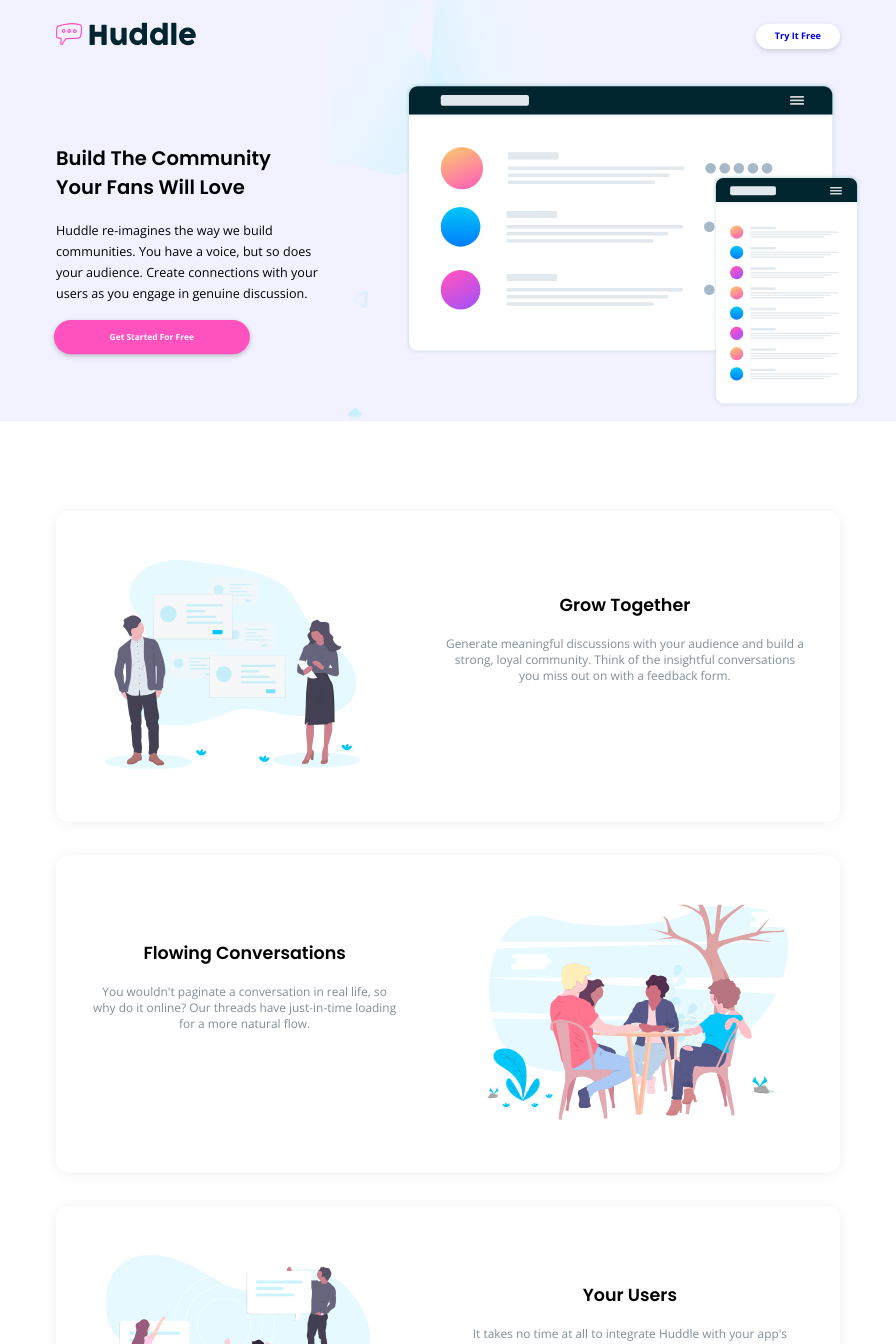
Repository: DejV44/Huddle-landing-page
Page: index.html
The author's editor kept a copy of each file at every save. The page is drawn from the files as they stood at one save, then again after the next save.
The browser window is 1280 px wide. The pictures show the part of the page from y = 0 to 1920 px (the page is 3246 px tall before and 3210 px after), at 70% of full size.
The style sheet was rebuilt from its Sass, Less or Tailwind sources for each picture, by a compiler version that may differ from the author's.

Above is the page before, as saved 2021-08-22 14:01:40.

### index.html
<!DOCTYPE html>
<html lang="en">
<head>
  <meta charset="UTF-8">
  <meta name="viewport" content="width=device-width, initial-scale=1.0"> <!-- displays site properly based on user's device -->
  <link rel="stylesheet" href="/css/style.css">
  <link rel="stylesheet" href="/fontawesome-free-5.15.3-web/css/all.css">
  <link rel="icon" type="image/png" sizes="32x32" href="./images/favicon-32x32.png">

  <title>Frontend Mentor | Huddle landing page with alternating feature blocks</title>

</head>
<body>
  <header>
    <div class="nav">
      <div class="logo">
        <img src="/images/logo.svg" alt="logo">
      </div>
      <a href="#">Try It Free</a>
    </div>
    <content class="main">
      <article class="building">
        <h1>Build The Community Your Fans Will Love</h1>
        <h3> Huddle re-imagines the way we build communities. You have a voice, but so does your audience.
        Create connections with your users as you engage in genuine discussion.</h3>
        <a class="main-btn" href="#">Get Started For Free</a>
      </article>
      <div class="img-main">
        <img class="img" src="/images/illustration-mockups.svg" alt="">
      </div>
    </content>

  </header>
  <section class="cards">
    <div class="card-one">
      <div class="img-cards">
        <img src="/images/illustration-grow-together.svg" alt="">
      </div>
      <content class="card">
        <h2>Grow Together</h2>
        <p>Generate meaningful discussions with your audience and build a strong, loyal community.
        Think of the insightful conversations you miss out on with a feedback form.</p>
      </content>
    </div>
    <div class="card-two">
      <div class="img-cards">
        <img src="/images/illustration-flowing-conversation.svg" alt="">
      </div>
      <content class="card">
        <h2>Flowing Conversations</h2>
        <p>You wouldn't paginate a conversation in real life, so why do it online? Our threads
        have just-in-time loading for a more natural flow.</p>
      </content>
    </div>
    <div class="card-three">
      <div class="img-cards">
        <img src="/images/illustration-your-users.svg" alt="">
      </div>
      <content class="card">
        <h2>Your Users</h2>
        <p>It takes no time at all to integrate Huddle with your app's authentication solution.
        This means, once signed in to your app, your users can start chatting immediately.</p>
      </content>
    </div>
    <container class="ready">
      <h2>Ready To Build Your Community?</h2>
      <a href="#">Get Started For Free</a>
    </container>
  </section>
  <footer>
    <container class="footer">
      <div class="section1">
        <img src="/images/logoWhite.svg" alt="logo">
        <div class="info">
          <img src="/images/icon-location.svg" alt="location">
          <p>Lorem ipsum dolor sit amet, consectetur adipiscing elit, sed do eiusmod tempor
          incididunt ut labore et dolore magna aliqua</p>
        </div>
        <div class="phone">
          <img src="/images/icon-phone.svg" alt="phone">
          <a href="tel:+1-543-123-4567">+1-543-123-4567</a>
        </div>
        <div class="mail">
          <img src="/images/icon-email.svg" alt="email">
          <a href="example@huddle.com">example@huddle.com</a>
        </div>
      </div>
      <div class="section2">
        <ul>
          <li><a href="#">About Us</a></li>
          <li><a href="#">What We Do</a></li>
          <li><a href="#">FAQ</a></li>
        </ul>
      </div>
      <div class="section3">
        <ul>
          <li><a href="#">Career</a></li>
          <li><a href="#">Blog</a></li>
          <li><a href="#">Contact Us</a></li>
        </ul>
      </div>
      <div class="copyright">
        <div class="social">
          <span><i class="fab fa-facebook-f"></i></span>
          <span><i class="fab fa-twitter"></i></span>
          <span><i class="fab fa-instagram"></i></span>
        </div>
        <p>&copy; Copyright 2018 Huddle. All rights reserved.</p>
      </div>
    </container>
  </footer>
  <footer>
    <p class="attribution">
      Challenge by <a href="https://www.frontendmentor.io?ref=challenge" target="_blank">Frontend Mentor</a>.
      Coded by <a href="#">davegraphics</a>.
    </p>
  </footer>
</body>
</html>

### css/style.scss
* {
    margin: 0;
    padding: 0;
    //font-family: 'Poppins', sans-serif;
    -webkit-font-smoothing: antialiased;
}

body {
    font-family: 'Open Sans', sans-serif;
}

// ---FONTS---
@import url('https://fonts.googleapis.com/css2?family=Open+Sans:wght@400;700&display=swap');
@import url('https://fonts.googleapis.com/css2?family=Poppins:wght@600&display=swap');

@import "variables";
@import "mixin";

@import "cards";
@import "header";
@import "footer";

### css/_variables.scss
$Pink: hsl(322, 100%, 66%);
$PinkHover: hsl(322, 97%, 72%);
$VeryPaleCyan: hsl(193, 100%, 96%);
$VeryDarkCyan: hsl(192, 100%, 9%);
$GrayishBlue: hsl(208, 11%, 55%);

### css/_mixin.scss
@mixin cards {
    display: flex;
    flex-direction: column;
    margin: 3rem auto 1rem auto;
    text-align: center;
    box-shadow: rgba(0, 0, 0, 0.068) 0px 2px 18px;
    border-radius: 18px;
    align-items: center;
    @media (min-width: 768px) {
        flex-direction: row;

    }


    .card {

        display: block;
        margin: auto 3rem;
        h2 {
            padding-bottom: 1.5rem;
            font-size: 25px;
            font-family: 'Poppins', sans-serif
        }
        p {
            display: block;
            font-size: 17px;
            color: $GrayishBlue;
            padding-bottom: 3rem;
            margin-bottom: 2rem;

        }
    }
    .img-cards {
        display: block;
        padding: 30px 50px;
        margin: auto;

            img {
                width: 90%;
                margin: 40px auto;
            }
    }
}

### css/_cards.scss
.cards {
    padding: 1rem;
    margin: 0 auto;
    box-sizing: border-box;


    .card-one, .card-two, .card-three {
        @include cards;
    }

    .ready {
        display: block;
        box-sizing: border-box;
        text-align: center;
        transform: translateY(50%);
        background-color: white;
        margin: 0 auto;
        padding: 1rem 1rem;
        box-shadow: rgba(39, 39, 39, 0.24) 0px 3px 8px;
        max-width: 600px;
        text-align: center;
        align-items: center;
        border-radius: 18px;
        h2 {
            font-size: 21px;
            font-family: 'Poppins', sans-serif;
            margin: 1.5rem auto;
        }

        a {
            display: block;
            text-decoration: none;
            font-weight: 600;
            font-size: 12px;
            margin: 1.5rem auto;
            padding: 1rem 0;
            max-width: 250px;
            border-radius: 30px;
            background: $Pink;
            color: white;
            box-shadow: rgba(39, 39, 39, 0.24) 0px 3px 8px;

            &:hover {
                background: $PinkHover;
            }
        }
    }

}

@media (min-width: 768px) {
    .cards {
       padding: 5rem;

       .card-two {
        flex-direction: row-reverse;
    }
    }




}

### css/_header.scss
header {
    background: url(/images/bg-hero-mobile.svg);
    background-color: rgb(241, 241, 255);
    background-size: contain;
    background-position: center;
    background-repeat: no-repeat;
    text-align: center;

    .nav {
        display: flex;
        justify-content: space-between;
        padding: 2rem 1.6rem;
        @media (min-width: 768px) {
            padding: 2rem 5rem;

        }

        img {
            width: 120px;

            @media (min-width: 768px) {
                width: 200px;

            }
        }

        a {
            text-decoration: none;
            font-size: 13px;
            font-weight: 600;
            margin-top: -4px;
            padding: 0.3rem 1.7rem;
            background-color: white;
            border-radius: 25px;
            box-shadow: rgba(99, 99, 99, 0.24) 0px 3px 8px;

            @media (min-width: 768px) {
                margin-top: 2px;
                padding: 0.5rem 1.7rem;
                text-align: center;

            }
            &:hover {
                color: $GrayishBlue;
            }


        }

    }
    .main {

        margin: 0 auto;

        .building {
            margin: 4rem 3rem 2rem 3rem;
            max-width: 400px;


            h1 {
                margin: 0 1rem;
                font-size: 28px;
                font-family: 'Poppins', sans-serif
            }

            h3 {
                font-weight: 400;
                font-size: 18px;
                margin: 1.5rem 0;
                line-height: 30px;
            }

            .main-btn {

                display: block;
                text-decoration: none;
                font-weight: 600;
                font-size: 12px;
                margin: 1.5rem auto;
                padding: 1rem 0;
                max-width: 280px;
                border-radius: 30px;
                background: $Pink;
                color: white;
                box-shadow: rgba(39, 39, 39, 0.24) 0px 3px 8px;
                @media (min-width: 768px) {
                    margin: 1.5rem 0 1.5rem 0.8rem;

                }

                &:hover {
                background: $PinkHover;
                }
            }

        }
        .img-main {
            padding: 15px 50px;



            .img {
                width: 100%;
                margin-bottom: 40px;
                @media (min-width: 768px) {
                    margin-bottom: 0;

                }
            }
        }
    }


}

@media (min-width: 768px) {
    .main {
        display: flex;
        align-items: center;

        .building {
            padding: 1rem;

            h1 {
                text-align: left;
                padding-left: 0;
            }

            h3 {
                text-align: left;
                padding-left: 1rem;
            }


        }

    }
}

### css/_footer.scss
footer {
    background-color: $VeryDarkCyan;
     .section1 {
         padding: 150px 1rem 2rem 1rem;
         color: white;

         img {
             width: 180px;
             padding-bottom: 1.5rem;
         }

         .info, .phone, .mail {
             display: flex;
              img {
                  width: 20px;
                  height: 18px;
                  margin-right: 30px;
                  margin-top: 10px;
              }
              p {
                  cursor: pointer;
                  padding-bottom: 30px;
              }
              a {

                  text-decoration: none;
                  margin-top: 8px;
                  color: white;
              }
         }



    }

    .section2, .section3 {
        box-sizing: border-box;

        ul {
            color: white;
            margin-left: 1rem;
            li {
                list-style: none;
                padding: 10px 0;
                a {
                    text-decoration: none;
                    color: white;
                    &:hover {
                    border-bottom: 1px solid white;
                    }
                }

            }
        }

    }
    .copyright {
        text-align: center;
        .social {
            text-align: center;
            display: block;
            margin: 1rem auto;
            color: white;


            span {
                border: 1px solid white;
                border-radius: 50%;
                width: 40px;
                height: 40px;
                display: inline-flex;
                align-items: center;
                justify-content: center;
                cursor: pointer;
                margin: 5px;
                &:hover {
                    color: $Pink;
                    border: 1px solid $Pink;
                }


            }

            i {
                font-family: 'Font Awesome 5 Brands';
                display: inline-block;
                font-style: normal;
                font-variant: normal;
                text-rendering: auto;
                line-height: 1;
                padding: 12px;
                border-radius: 50%;
            }

        }
        p {
            font-size: 13px;
            color: white;
            padding-bottom: 1rem;
        }
    }
}





.attribution {
    font-size: 11px;
    text-align: center;
    padding: 1rem;
    a {
    color: hsl(228, 45%, 44%);
    }
}

Loaded but not shown: fontawesome-free-5.15.3-web/css/all.css (library)

After the next save:
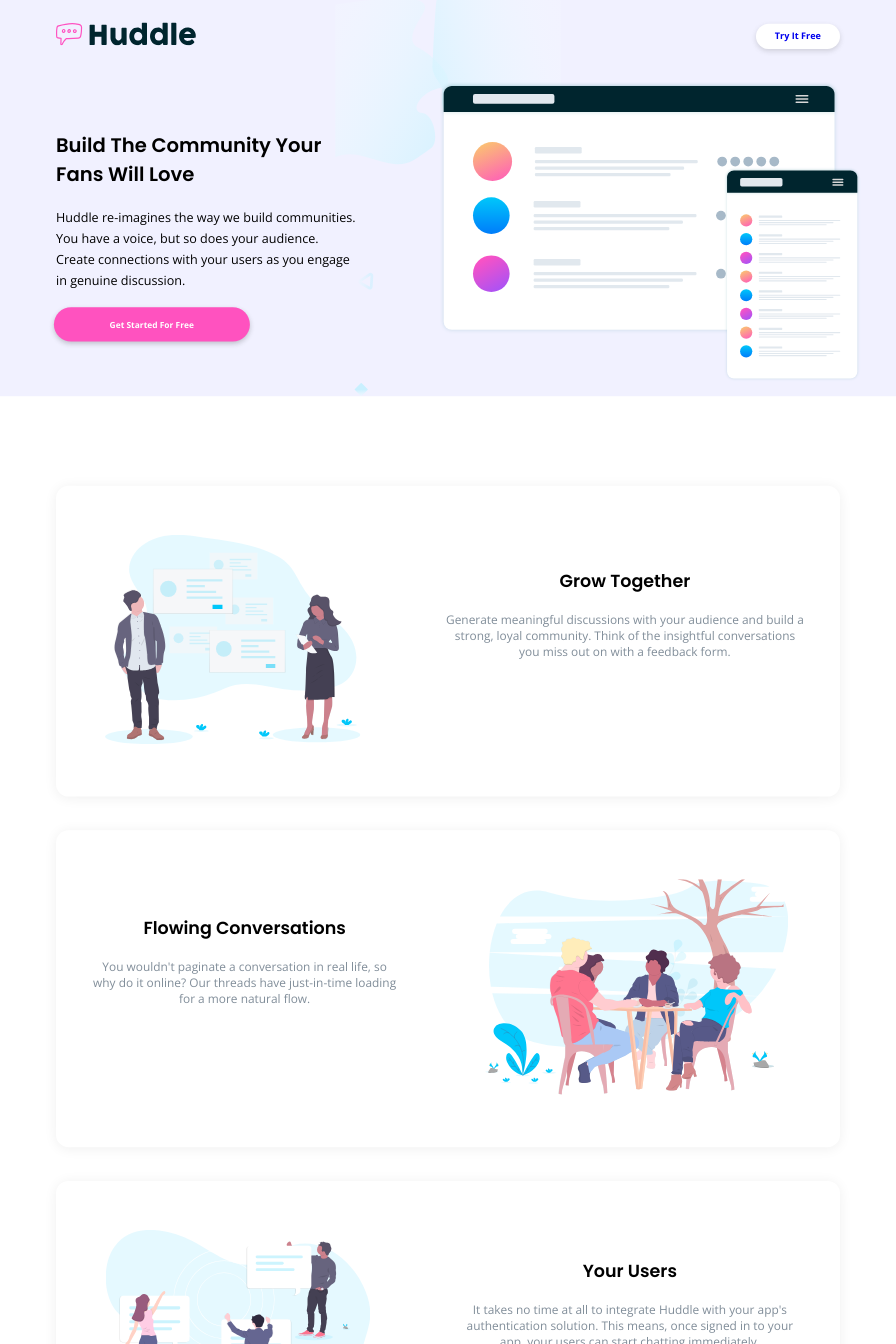
Saved 21 s later.
--- a/css/_header.scss
+++ b/css/_header.scss
@@ -54,7 +54,7 @@ header {
 
         .building {
             margin: 4rem 3rem 2rem 3rem;
-            max-width: 400px;
+            max-width: 450px;
 
 
             h1 {
